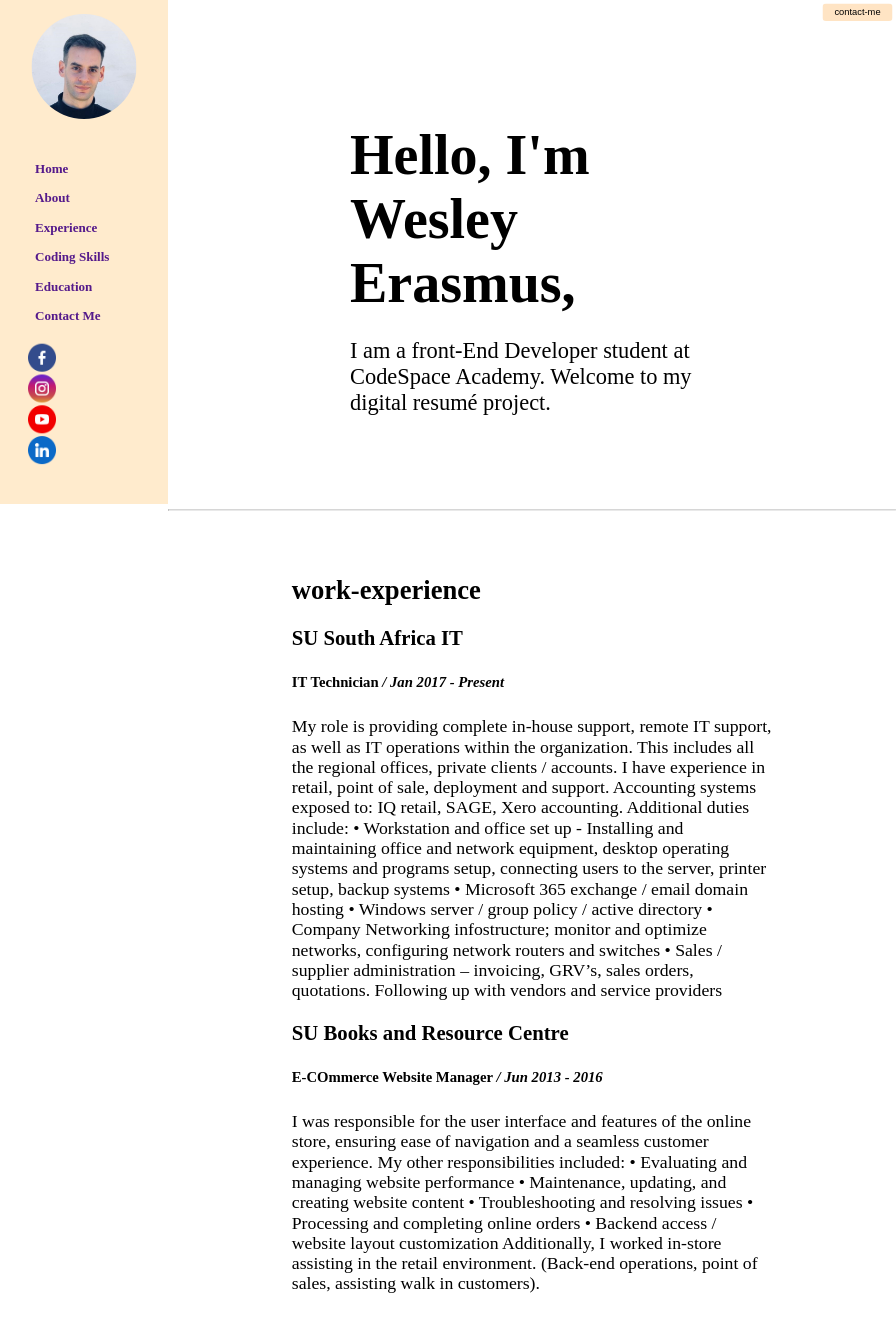
Repository: WesleyErasmus/MyDigitalResume-5
Page: index.html
These files come from the project's save history. The page is drawn as it stood at one moment and after the next save; the edit follows.
The browser window is 1280 px wide. The pictures show the part of the page from y = 0 to 1920 px (the page is 2928 px tall), at 70% of full size.

Above is the page before, as saved 2022-02-25 21:16:35.

### index.html
<!DOCTYPE html>
<html lang="en">

<head>
    <meta charset="UTF-8">
    <meta http-equiv="X-UA-Compatible" content="IE=edge">
    <meta name="viewport" content="width=device-width, initial-scale=1.0">
    <title>Wesley Erasmus Digital Resume 5</title>
    <link rel="stylesheet" href="stylesheet.css">
</head>

<body>
    <!-- look into using use hr tag -->
    <header>
        <span>
            <button id="contact-me-btn">contact-me</button>
        </span>
    </header>
    <nav>
        <div class="header-nav" >
        <img id="headshot" src="images/headshot.jpeg" alt="headshot">
        <!-- <h1 id="full-name">Wesley Erasmus</h1> -->
        <ul class="nav-btns">
            <li><a href=""><strong>Home</strong></a></li>
            <li><a href=""><strong>About</strong></a></li>
            <li><a href=""><strong>Experience</strong></a></li>
            <li><a href=""><strong>Coding Skills</strong></a></li>
            <li><a href=""><strong>Education</strong></a></li>
            <li><a href=""><strong>Contact Me</strong></a></li>
        </ul>
        <!-- <div>move social media links down</div> -->
        <ul class="social-media-links">
            <li><a href="https://www.facebook.com/codespaceza" target="_blank"><img src="/icons/facebook.png"
                        alt="Facebook" width="40px" height="40px"></a></li>
            <li><a href="https://www.instagram.com/codespaceza/" target="_blank"><img src="icons/instagram.png"
                        alt="Instagram" width="40px" height="40px"></a></li>
            <li><a href="https://www.youtube.com/channel/UCfmXJliguiwBv2QlRzWdrxA" target="_blank"><img
                        src="icons/youtube.png" alt="YouTube" width="40px" height="40px"></a></li>
            <li><a href="https://www.linkedin.com/school/codespaceza/" target="_blank"><img src="icons/linkedin.png"
                        alt="LinkedIn" width="40px" height="40px"></a></li>
        </ul>
    </div>
    </nav>
    <main>
        <article class="about-me">
            <h1 id="hello">Hello, I'm Wesley Erasmus,</h1>
                    <p>I am a front-End Developer student at CodeSpace Academy. Welcome to my digital resumé project.</p>
        </article>
        <hr>
        <article class="job-experience">
            <h1>work-experience</h1>
            <h3>SU South Africa IT</h3>
            <h5>IT Technician <em>/ Jan 2017 - Present</em></h5>
            <p>My role is providing complete in-house support, remote IT support, as well as IT operations within the
                organization. This includes all the regional offices, private clients / accounts. I have experience in
                retail, point of sale, deployment and support. Accounting systems exposed to: IQ retail, SAGE, Xero
                accounting. Additional duties include:
                • Workstation and office set up - Installing and maintaining office and network equipment, desktop
                operating systems and programs setup, connecting users to the server, printer setup, backup systems
                • Microsoft 365 exchange / email domain hosting
                • Windows server / group policy / active directory
                • Company Networking infostructure; monitor and optimize networks, configuring network routers and
                switches
                • Sales / supplier administration – invoicing, GRV’s, sales orders, quotations. Following up with
                vendors and service providers</p>
            <h3>SU Books and Resource Centre</h3>
            <h5>E-COmmerce Website Manager <em>/ Jun 2013 - 2016</em></h5>
            <p>I was responsible for the user interface and features of the online store, ensuring ease of navigation and a seamless customer experience. My other responsibilities included:
                • Evaluating and managing website performance
                • Maintenance, updating, and creating website content
                • Troubleshooting and resolving issues
                • Processing and completing online orders
                • Backend access / website layout customization
                Additionally, I worked in-store assisting in the retail environment. (Back-end operations, point of sales, assisting walk in customers).</p>
        </article>
        <article class="coding-and-design-skills">
            <h1>my-coding-and-design-skills</h1>
            <ul>
                <li>HTML</li>
                <li>CSS</li>
                <li>Bootstrap</li>
                <li>Typography</li>
                <li>GitHub / Git / Version Control</li>
                <li>Wireframing</li>
                <li>UX design & UI design</li>
                <li>Figma / Adobe XD</li>
            </ul>
        </article>
        <hr>
        <article class="education">
            <h1>education</h1>
            <ul>
                <li><h3>CodeSpace Academy</h3><p>web-design</p></li>
                <li><h3>UNISA</h3><p>marketing-management</p></li>
            </ul>
        </article>
        <article>
            about me - use linkedin profile
        </article>
    </main>
    <footer>
        <h3>my-contact-details</h3>
        <div class="footer-contact-details">email</div>
        <div class="footer-contact-details">whatsApp</div>
        <div class="footer-contact-details">linkedIn</div>



        <ul class="social-media-links">
            <li><a href="https://www.facebook.com/codespaceza" target="_blank"><img src="/icons/facebook.png"
                        alt="Facebook" width="40px" height="40px"></a></li>
            <li><a href="https://www.instagram.com/codespaceza/" target="_blank"><img src="icons/instagram.png"
                        alt="Instagram" width="40px" height="40px"></a></li>
            <li><a href="https://www.youtube.com/channel/UCfmXJliguiwBv2QlRzWdrxA" target="_blank"><img
                        src="icons/youtube.png" alt="YouTube" width="40px" height="40px"></a></li>
            <li><a href="https://www.linkedin.com/school/codespaceza/" target="_blank"><img src="icons/linkedin.png"
                        alt="LinkedIn" width="40px" height="40px"></a></li>
        </ul>
    </footer>

</body>

</html>

### stylesheet.css
* {
  box-sizing: border-box;
  list-style-type: none;
}
body {
  margin: 0 0 0 240px;
  padding: 0;
}
header {
  text-align: center;
}
#headshot {
  width: 150px;
  border-radius: 50%;
  display: block;
  margin: 0 auto;
  margin-top: 20px;
  margin-bottom: 50px;
  padding: 0;
  /* margin-left: auto;
    margin-right: auto; */
}
/* h1#full-name {
    text-align: center;
    font-size: 40px;
    padding: 0px;
    margin: 10px 0 0 0;
} */
button#contact-me-btn {
  position: fixed;
  float: right;
  right: 0;
  z-index: 1;
  background-color: bisque;
  width: 100px;
  height: 25px;
  margin: 5px 5px 20px;
  border-radius: 5px;
  border: none;
}
nav {
  background-color: blanchedalmond;
  float: left;
  position: fixed;
  left: 0;
  overflow-y: auto;
  overflow-x: hidden;
  height: 100vh;
  min-height: 100vh;
  top: 0;
  width: 240px;
  z-index: 1;
  padding-left: 0;
}
.nav-header-nav {
    width: 90%;
margin-left: -10px;
}
ul.nav-btns{
font-size: 14pt;
}
.nav-btns li {
  padding: 10px;
}
a:link {
  text-decoration: none;
}
a:visited {
  text-decoration: none;
}
a:hover {
  text-decoration: underline;
}
a:active {
  text-decoration: underline;
}
main {
  /* background-color: blueviolet; */
  position: relative;
  display: block;
  width: 100%;
}
#hello {
  font-size: 5rem;
  margin: 0;
}
article.about-me {
  /* background-color: aquamarine; */
  height: 100vh;
  font-size: 2rem;
  padding: 17% 25%;
}
article.job-experience {
  /* background-color:brown; */
  font-size: 19pt;
  padding: 50px 17% 50px 17%;
}
article.coding-and-design-skills {
  background-color: green;
  font-size: 19pt;
  padding: 50px 17% 50px 17%;
}
article.education {
  background-color: red;
  overflow-x: hidden;
}
.footer-contact-details {
  display: inline;
}

After the next save:
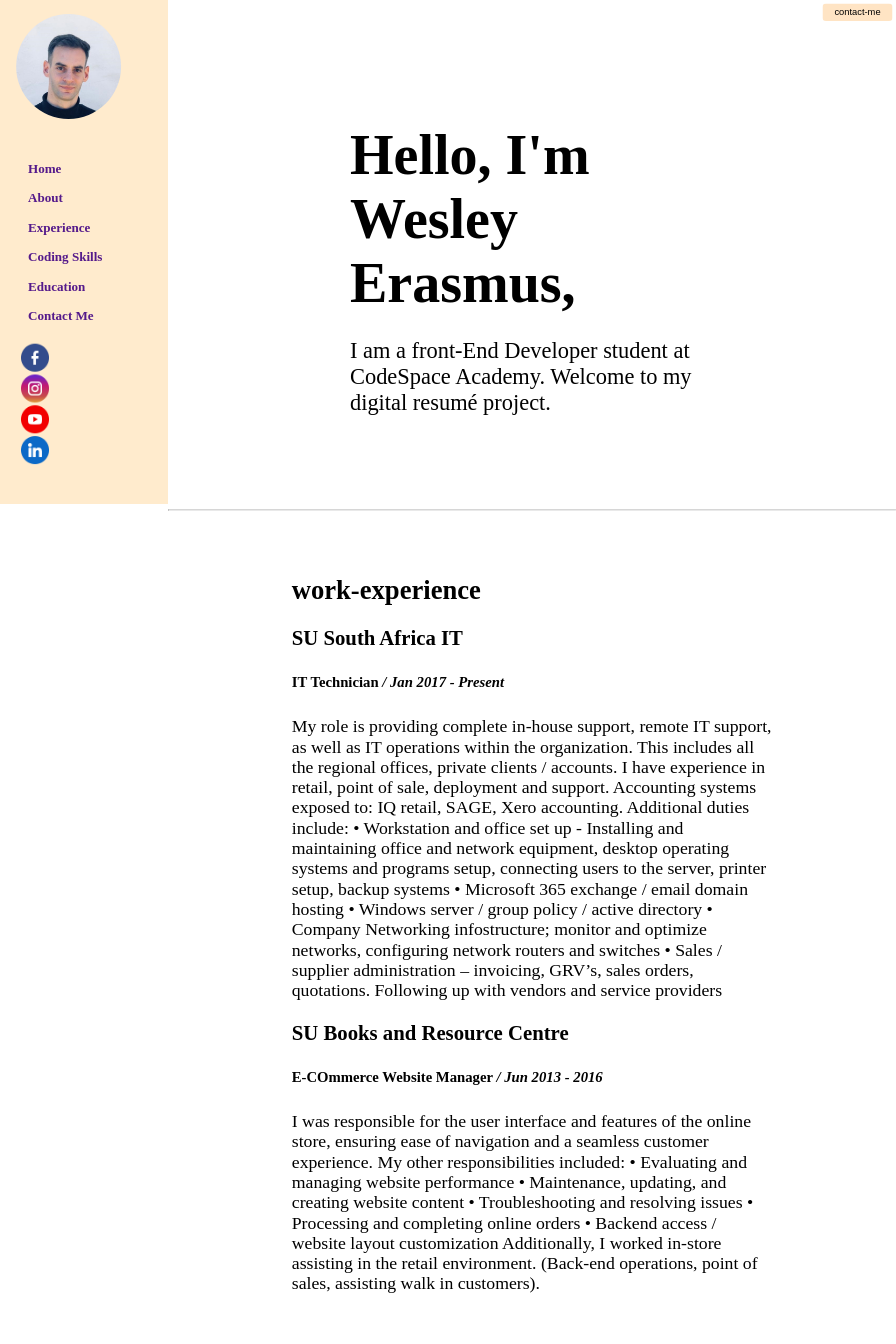
Saved 17 s later.
--- a/stylesheet.css
+++ b/stylesheet.css
@@ -52,7 +52,7 @@ nav {
   z-index: 1;
   padding-left: 0;
 }
-.nav-header-nav {
+.header-nav {
     width: 90%;
 margin-left: -10px;
 }
